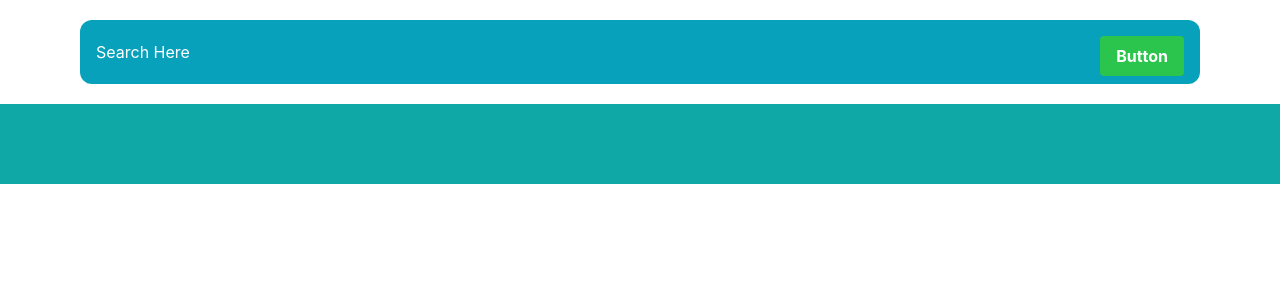
Repository: arafatmollah/pharma
Page: /
An editor plug-in stored every save of this project. The page is shown before and after a run of saves, followed by the edit.
The browser window is 1280 px wide. The pictures show the whole page.
The project was rebuilt for these pictures with package versions that can differ from the ones it lists, and the page was loaded fresh each time.

Above is the page before, as saved 2023-03-12 01:13:00.

### src/App.js

import './App.css';
import Nav from './Nav';

function App() {
  return (
    <div className="App">
      <Nav></Nav>
    </div>
  );
}

export default App;

### src/App.css
.box-border{
    background-color: #08A1BC;
}
.btn {
    @apply font-bold py-2 px-4 rounded;
    background-color: #2BC44C;
    color: white;
  }
  .btn-blue {
    @apply bg-blue-500 text-white;
  }
  .btn-blue:hover {
    @apply bg-blue-700;
  }
.nav{
    background-color: #0FA8A6;
}

### src/Nav.js
import React from 'react'
import './App.css';

function Nav() {
  return (
    <div>
        <div className='box-border h-16 w-100 p-4 mx-20 my-5 rounded-xl'>
          <div className='flex justify-between align-middle'>
                <p className='text-white mt-1'>Search Here</p>
                <button class="btn mb-1"> Button</button>
          </div>
        </div>
        <div className='box-border h-20 w-100 nav'>

        </div>
    </div>
  )
}

export default Nav

Loaded but not shown: public/index.html (common file); src/index.js (common file); src/index.css (common file); src/reportWebVitals.js (common file); tailwind.config.js (common file)

After the next 2 saves:
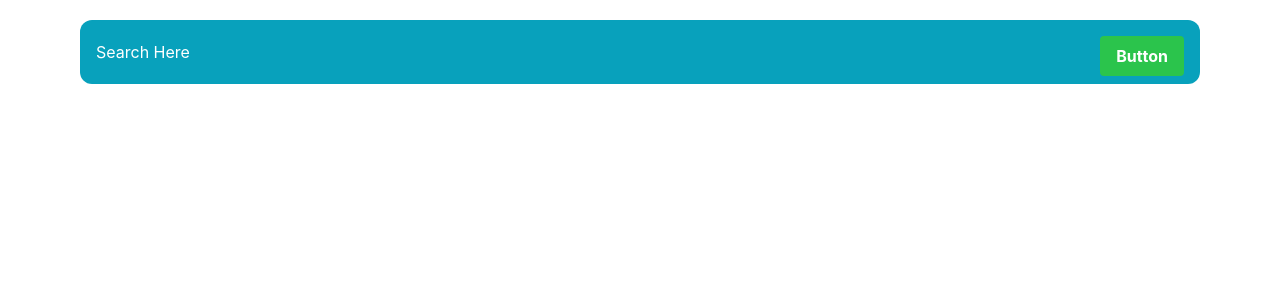
The 2 saves are shown as one change because they came seconds apart.
The last was saved 11 s later.
--- a/src/Nav.js
+++ b/src/Nav.js
@@ -10,7 +10,7 @@
                 <button class="btn mb-1"> Button</button>
           </div>
         </div>
-        <div className='box-border h-20 w-100 nav'>
+        <div className='box-border h-18 w-100 nav'>
 
         </div>
     </div>

After the save that followed:
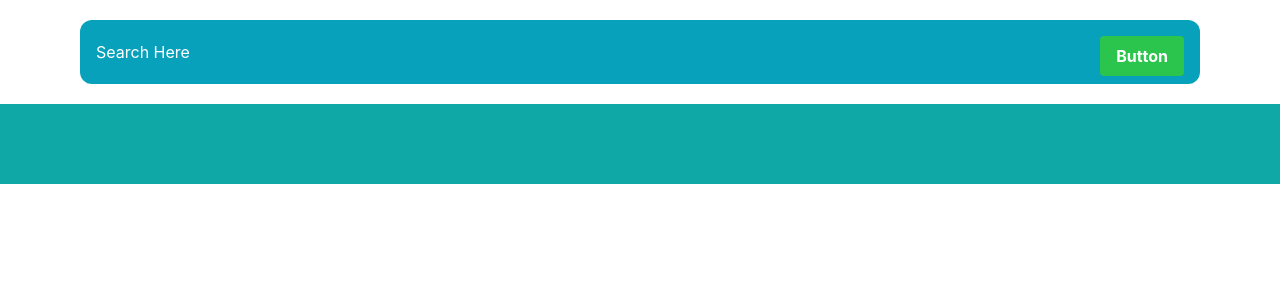
Saved 12 s later.
--- a/src/Nav.js
+++ b/src/Nav.js
@@ -10,7 +10,7 @@
                 <button class="btn mb-1"> Button</button>
           </div>
         </div>
-        <div className='box-border h-18 w-100 nav'>
+        <div className='box-border h-20 w-100 nav'>
 
         </div>
     </div>
